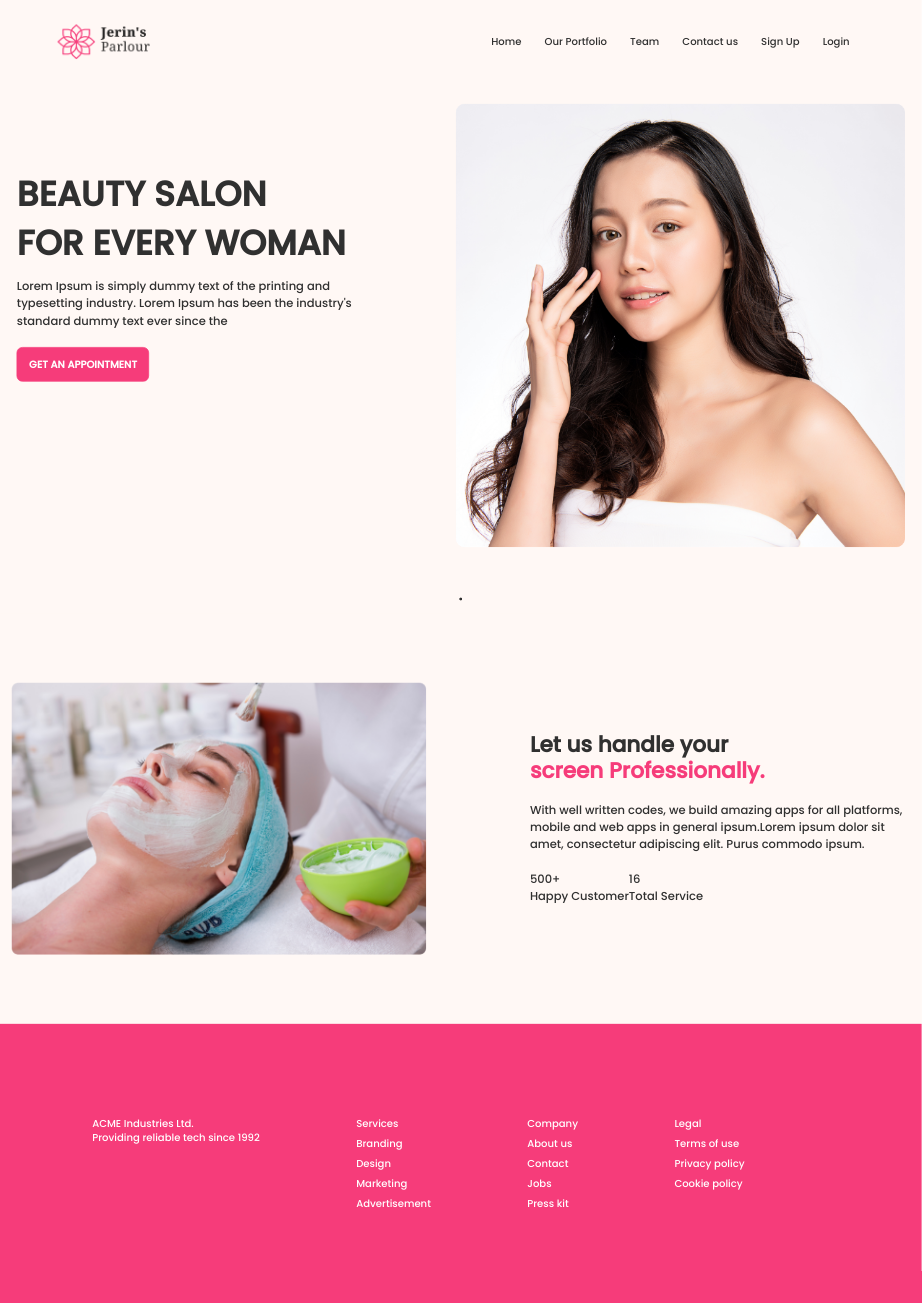
Repository: Wahid137/jerins-parlour-client
Page: /
These files come from the project's save history. The page is drawn as it stood at one moment and after the next save; the edit follows.
The browser window is 1280 px wide. The pictures show the whole page, at 72% of full size.
The page's requests for data from a server got no answer. The project was rebuilt for these pictures with package versions that can differ from the ones it lists, and the page was loaded fresh each time. No one was signed in, and anything a server would have sent is missing. Also part of the build but not shown: src/App.css, src/Pages/Home/Services/ServicesCard.js.

Above is the page before, as saved 2023-07-16 04:32:00.

After the next save:
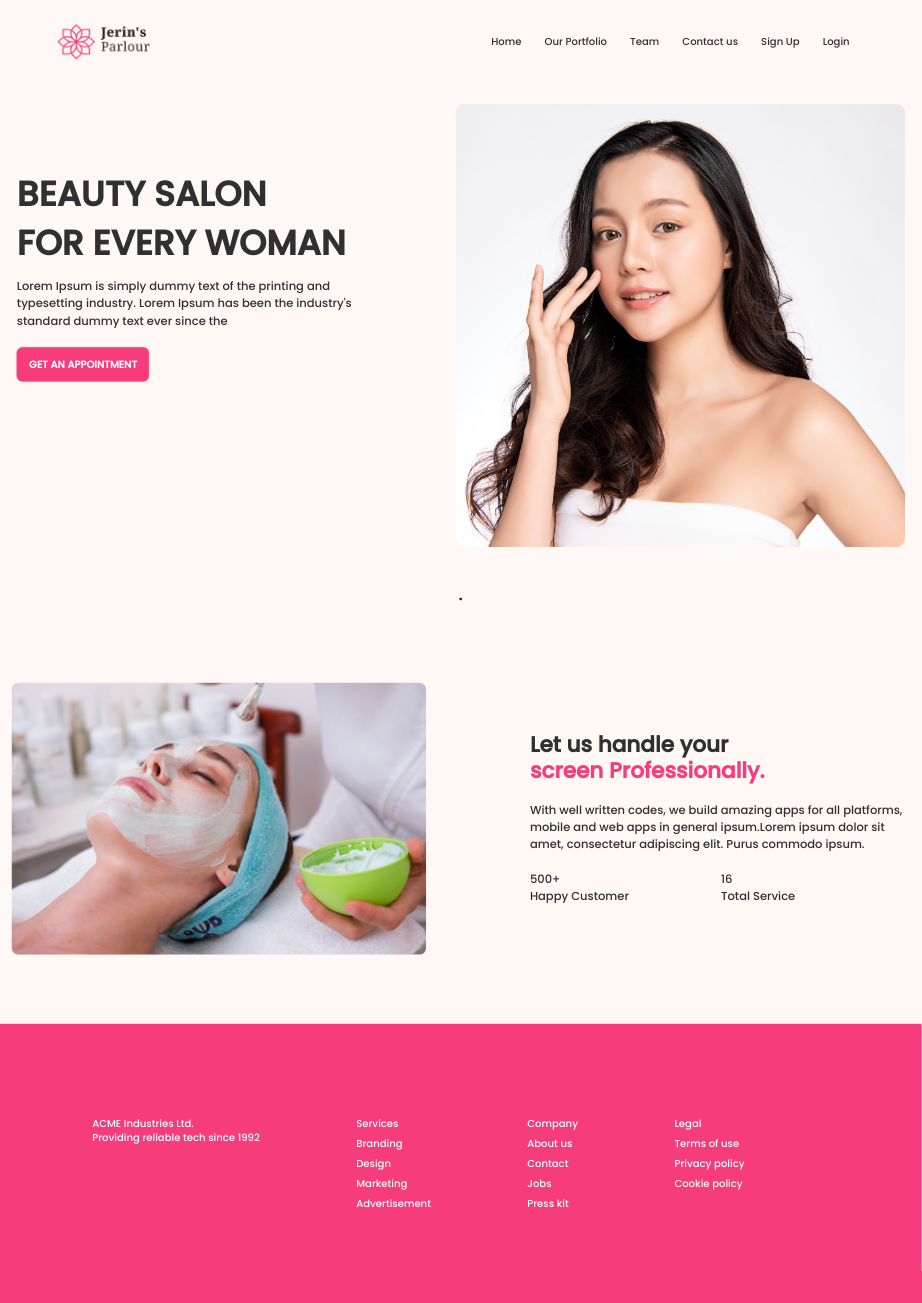
Saved 20 s later.
--- a/src/Pages/Home/Screen/Screen.js
+++ b/src/Pages/Home/Screen/Screen.js
@@ -10,7 +10,7 @@ const Screen = () => {
                     <h1 className="text-3xl font-semibold">Let us handle your <br /><span className='text-primary'>screen Professionally.</span></h1>
                     <p className="py-6">With well written codes, we build amazing apps for all platforms, mobile and web apps in general ipsum.Lorem ipsum dolor sit amet, consectetur adipiscing elit. Purus commodo ipsum.</p>
                     <div className='flex'>
-                        <div>
+                        <div className='me-32'>
                             <p>500+</p>
                             <p>Happy Customer</p>
                         </div>
